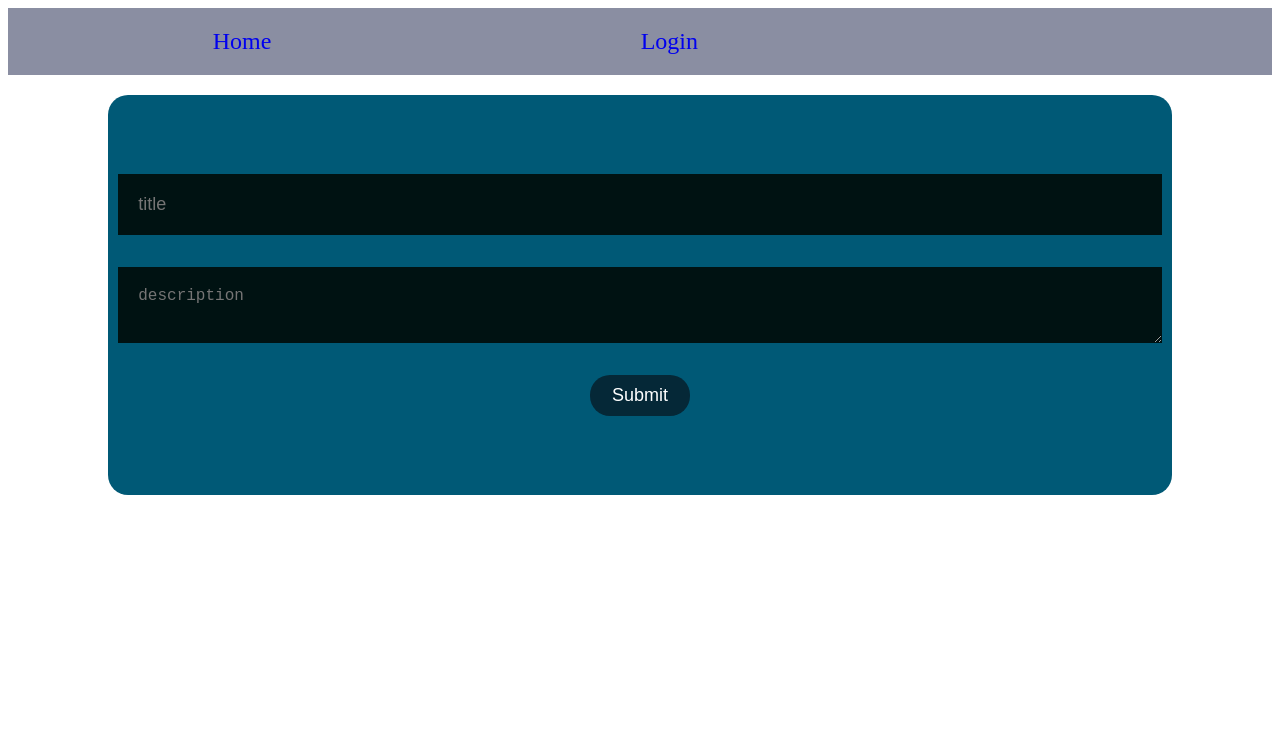
Repository: albinsabu2023/postapp
Page: /createpost
These files come from the project's save history. The page is drawn as it stood at one moment and after a run of saves; the edit follows.
The browser window is 1280 px wide. The pictures show the whole page.
The project was rebuilt for these pictures with package versions that can differ from the ones it lists, and the page was loaded fresh each time. Also part of the build but not shown: src/index.css, src/Components/main/PostCard.css, src/Components/main/PostCard.tsx, src/Components/main/Home.css, src/Components/main/Home.tsx, src/Components/Login.tsx.

Above is the page before, as saved 2024-02-06 03:21:29.

### src/index.tsx
import React from 'react';
import ReactDOM from 'react-dom/client';
import "./index.css"
import App from './App';

const root = ReactDOM.createRoot(
  document.getElementById('root') as HTMLElement
);
root.render(
  <React.StrictMode>
    <App />
  </React.StrictMode>
);

### src/App.tsx
import  {BrowserRouter as Router,Routes,Route} from "react-router-dom"
import './App.css';
import Home from "./Components/main/Home";
import Login from "./Components/Login";
import Navbar from "./Components/Navbar";
import CreatePosts from "./create-post/CreatePosts";


function App() {
  return (
    <div className="App">
      <Router>
         <Navbar/>
        <Routes>
          <Route path ="/" element={<Home/>}/>
          <Route path="/login" element={<Login/>}/>
          <Route path="/createpost" element={<CreatePosts/>}/>
        </Routes>
      </Router>
    </div>
  );
}

export default App;

### src/App.css
.App{

  height: 100vh;

}

### src/Components/Navbar.tsx

import { Link } from 'react-router-dom'
import  "./Navbar.css"
import {auth } from  "../config/firebase"
import { useAuthState } from 'react-firebase-hooks/auth'
import { signOut } from 'firebase/auth'
function Navbar() {
    const  [user] =useAuthState(auth);
    const signUserOut =async ()=>{
        await signOut(auth);
    }
  return (
    <div className="navContainer">
        <Link to ="/">Home</Link>

        {
            !user ?
            <Link to ="Login">Login</Link> :
            <Link to ="/createpost">CreatePost</Link>
        }
        <div>
            {user&&
            <>
            <p>{user?.displayName}</p>
            <img src={user?.photoURL|| "" } alt="" width="30" height="30"
            />
            <button onClick={signUserOut}>Logout</button>
            </>
            }
        </div>


    </div>
  )
}

export default Navbar

### src/create-post/CreatePosts.tsx
import React from 'react'
import CreateForm from './CreateForm'
import "./CreatePost.css"
function CreatePosts() {



  return (
    <div  className="formContainer">
        <CreateForm />

    </div>
  )
}

export default CreatePosts

### src/config/firebase.ts
// Import the functions you need from the SDKs you need
import { initializeApp } from "firebase/app";
import {getAuth,GoogleAuthProvider} from "firebase/auth"
// Your web app's Firebase configuration
import {getFirestore} from "firebase/firestore"
const firebaseConfig = {
  apiKey: "AIzaSyAXzQPkCsYKttYouVkFv4r2aLbj-85i5zE",
  authDomain: "react-course-dd6fc.firebaseapp.com",
  projectId: "react-course-dd6fc",
  storageBucket: "react-course-dd6fc.appspot.com",
  messagingSenderId: "692642929267",
  appId: "1:692642929267:web:22ba5d27ba69920755e806"
};
// Initialize Firebase
const app = initializeApp(firebaseConfig);
export const auth=getAuth(app);
export const provider = new GoogleAuthProvider();
export const db =getFirestore(app)

### src/Components/Navbar.css
.navContainer{
    display: flex;
    align-items: center;
    justify-content: space-around;
    background-color: rgb(138, 142, 162);
    padding: 20px;



}
.navContainer :link{
    text-decoration:none;
    text-decoration-color: rgb(128, 127, 127);
    font-size: x-large;

}

### src/create-post/CreateForm.tsx
import React from 'react'
import "./CreateForm.css"
import  {useForm} from "react-hook-form"
import * as yup from "yup"
import {yupResolver} from "@hookform/resolvers/yup"
import {auth,db} from "../config/firebase"
import { useAuthState } from 'react-firebase-hooks/auth'
import { addDoc,collection } from 'firebase/firestore'
import { useNavigate } from 'react-router-dom'
interface CreateFormData {
  title:string,
  description:string,

}
function CreateForm() {
  const navigate =useNavigate();
  const [user]=useAuthState(auth);
  const schema =yup.object().shape({
    title:yup.string().required("hei enter title"),
    description:yup.string().required("enter the description"),


  })
  const postRef =collection (db,"posts");

  const  {register,handleSubmit,formState:{errors}}=useForm<CreateFormData>({
     resolver :yupResolver(schema),
  })
  const createpost =async (data:CreateFormData)=>{
    await addDoc(postRef,{
      title:data.title,
      description:data.description,
      username :user?.displayName,
      userId:user?.uid
    })
    navigate("/");

  }
  return (
    <form onSubmit ={handleSubmit(createpost)}>
      <input placeholder='title' {...register("title")}/>
      <p className="warning">{errors.title?.message}</p>
      <textarea placeholder='description' maxLength={60} {...register("description")}/>
      <p className='warning'>{errors.description?.message}</p>
      <input  className='submitButton' type="submit" />

    </form>
  )
}

export default CreateForm

### src/create-post/CreatePost.css
.formContainer{
   display:flex;
   align-items: center;
   justify-content: center;

}

### src/create-post/CreateForm.css
form{
    display: flex;
    flex-direction:column;
    padding: 20px;
    background-color: rgb(0, 89, 118);
    align-items: center;
    justify-content: center;
    margin: 20px;
    border-radius: 20px;
    width: 80vw;
    height: 50vh;
}
form input,textarea{
    background-color: rgb(0, 18, 18);
    padding: 20px;

    width: 98%;
    color: white;
    font-size: large;
    border: none;

}

form input,textarea:focus {
    outline:none
}
.submitButton{
    background-color:rgb(5, 40, 55);
    border-radius: 20px;
    width: 100px;
    cursor: pointer;
    padding: 10px;


}
.submitButton:hover {
    background-color: rgb(1, 4, 6);
    border-radius: 20px;
    width: 100px;
    cursor: pointer;


}

Loaded but not shown: public/index.html (common file)

After the next 4 saves:
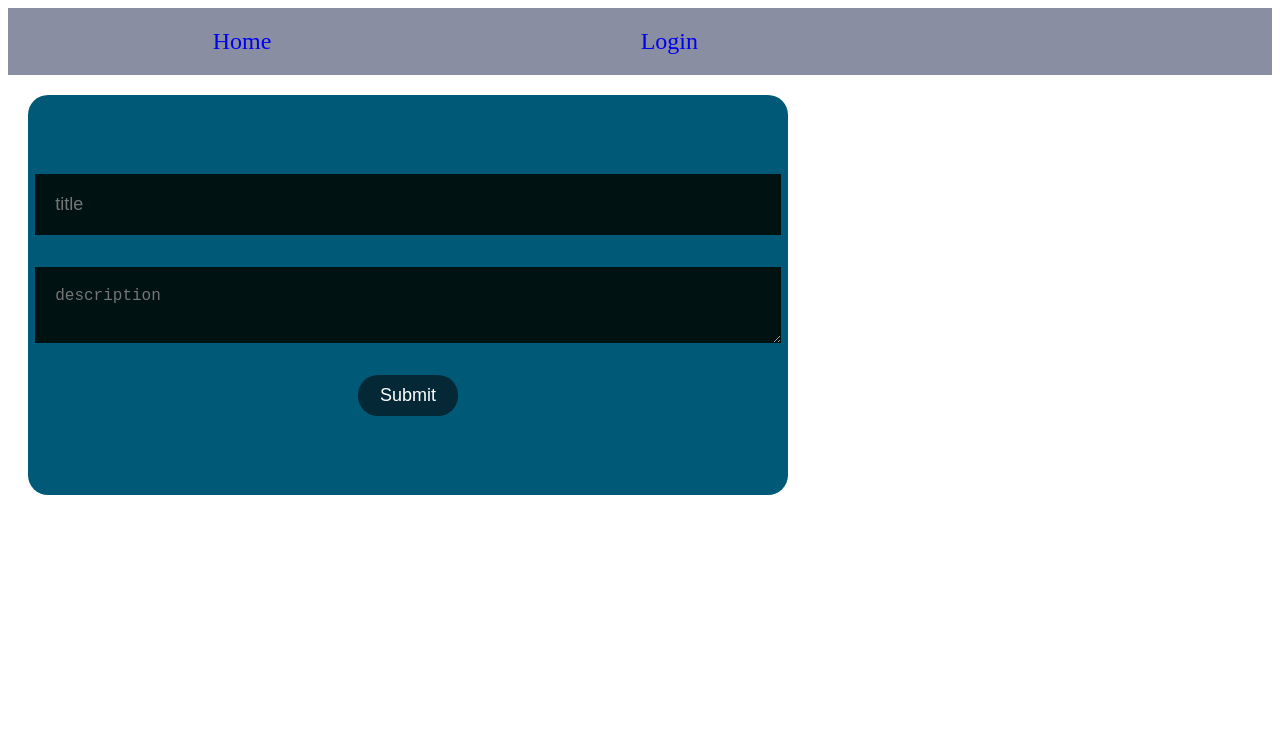
The 4 saves are shown as one change because they came seconds apart.
The last was saved 19 s later.
--- a/src/create-post/CreatePost.css
+++ b/src/create-post/CreatePost.css
@@ -2,5 +2,5 @@
    display:flex;
    align-items: center;
    justify-content: center;
-
+   max-width: 800px;
 }
